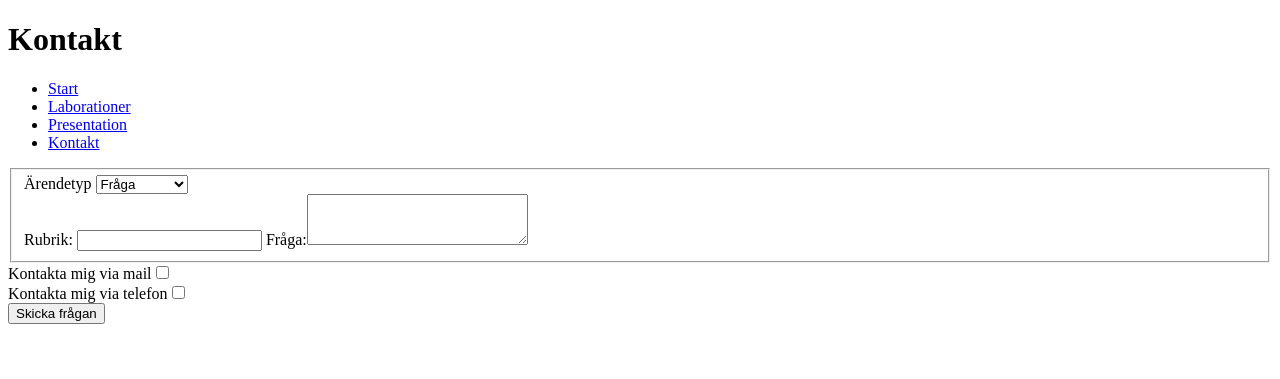
Repository: ulfek/laborationer
Page: pages/kontakt.html
The author's editor kept a record of every edit. The page is drawn from the files as they stood at one moment, then again after the next edit.
The browser window is 1280 px wide. The pictures show the whole page.

Above is the page before.

### pages/kontakt.html
<!doctype html>
<html lang="sv">
    <head>
        <meta charset="utf-8" />
        <title>Kontakt</title>
    </head>
    <body>
        <h1>Kontakt</h1>
        <ul>
            <li><a href="../index.html">Start</a></li>
            <li><a href="laborationer.html">Laborationer</a></li>
            <li><a href="presentation.html">Presentation</a></li>
            <li><a href="#">Kontakt</a></li>
        </ul>
        <form>
            <fieldset>
            Ärendetyp
            <select name="ärendetyp">
                <option value=fråga>Fråga</option>
                <option value=felanmälan>Felanmälan</option>
                <option value=supportn>Support</option>
            </select>
            <br>Rubrik: <input type=text" name="rubrik">
            Fråga:<textarea rows="3" cols="25"></textarea>
            </fieldset>
            Kontakta mig via mail<input type="checkbox" name=mail value="Mail"><br>
            Kontakta mig via telefon<input type="checkbox" name=telefon value="Telefon"><br>
            <input type="submit" value="Skicka frågan">
        </form>
    </body>
</html>

After the next edit:
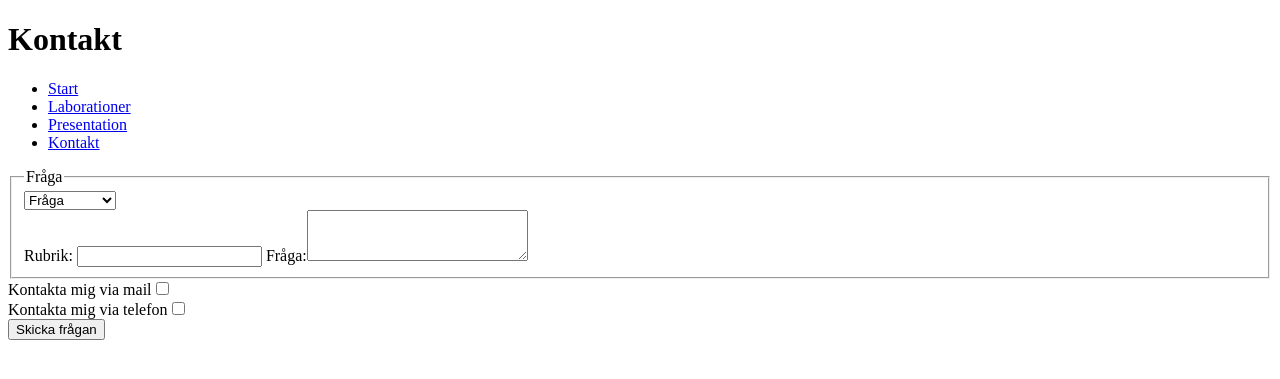
The edit:
--- a/pages/kontakt.html
+++ b/pages/kontakt.html
@@ -14,7 +14,7 @@
         </ul>
         <form>
             <fieldset>
-            Ärendetyp
+            <legend>Fråga</legend>
             <select name="ärendetyp">
                 <option value=fråga>Fråga</option>
                 <option value=felanmälan>Felanmälan</option>
